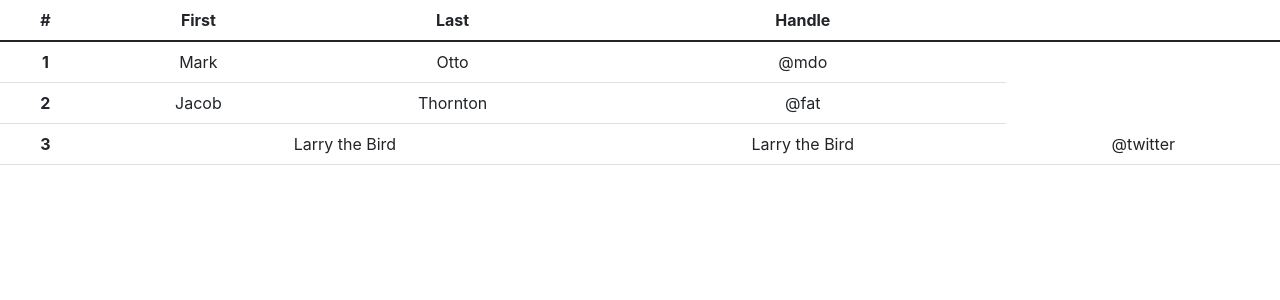
Repository: tuan842001/thulam
Page: /
The author's editor kept a copy of each file at every save. The page is drawn from the files as they stood at one save, then again after the next save.
The browser window is 1280 px wide. The pictures show the whole page.
The project was rebuilt for these pictures with package versions that can differ from the ones it lists, and the page was loaded fresh each time.

Above is the page before, as saved 2022-01-11 14:34:18.

After the next save:
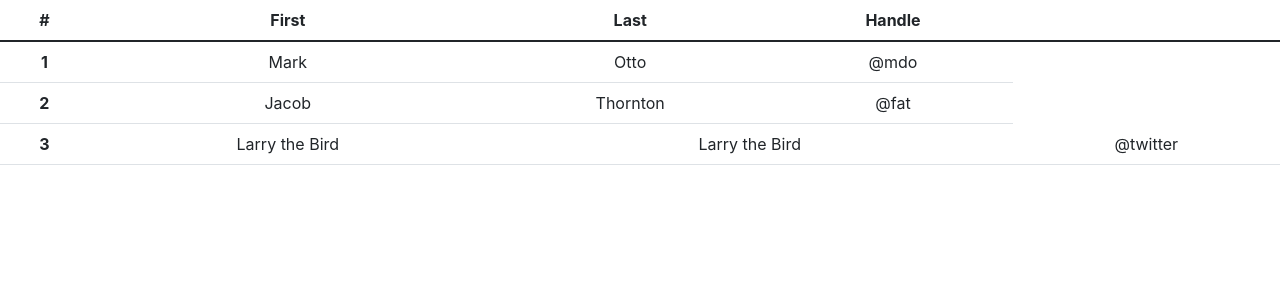
Saved 8 s later.
--- a/src/App.js
+++ b/src/App.js
@@ -27,7 +27,7 @@ function App() {
           </tr>
           <tr>
             <th scope="row">3</th>
-            <td colspan="2">Larry the Bird</td>
+            <td>Larry the Bird</td>
             <td colspan="2">Larry the Bird</td>
             <td>@twitter</td>
           </tr>
